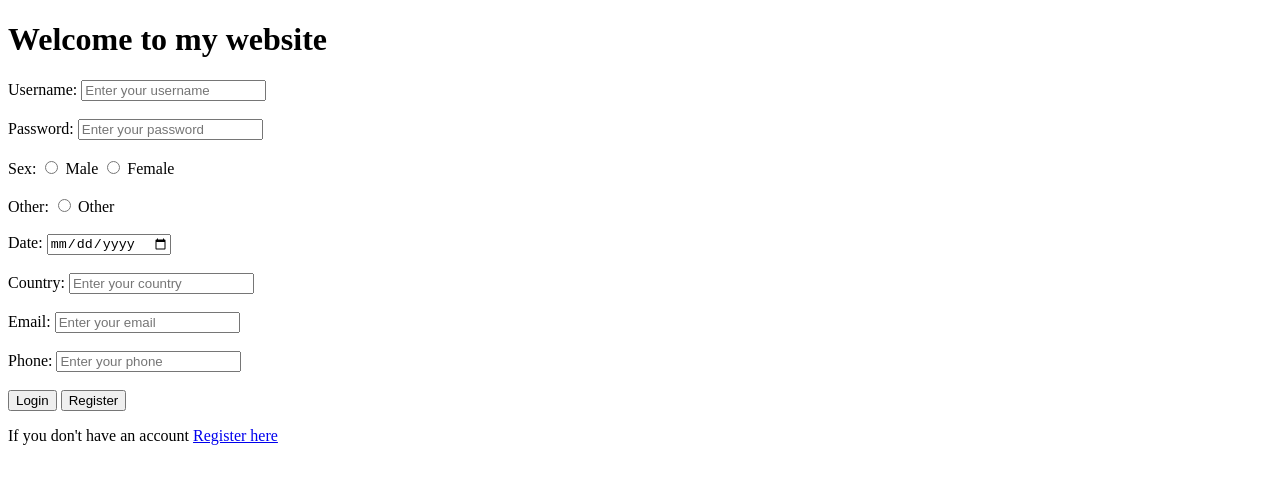
Repository: bao2222/hoc-lam-web
Page: welcome.html
These files come from the project's save history. The page is drawn as it stood at one moment and after the next save; the edit follows.
The browser window is 1280 px wide. The pictures show the whole page.

Above is the page before, as saved 2024-12-24 19:38:40.

After the next save:
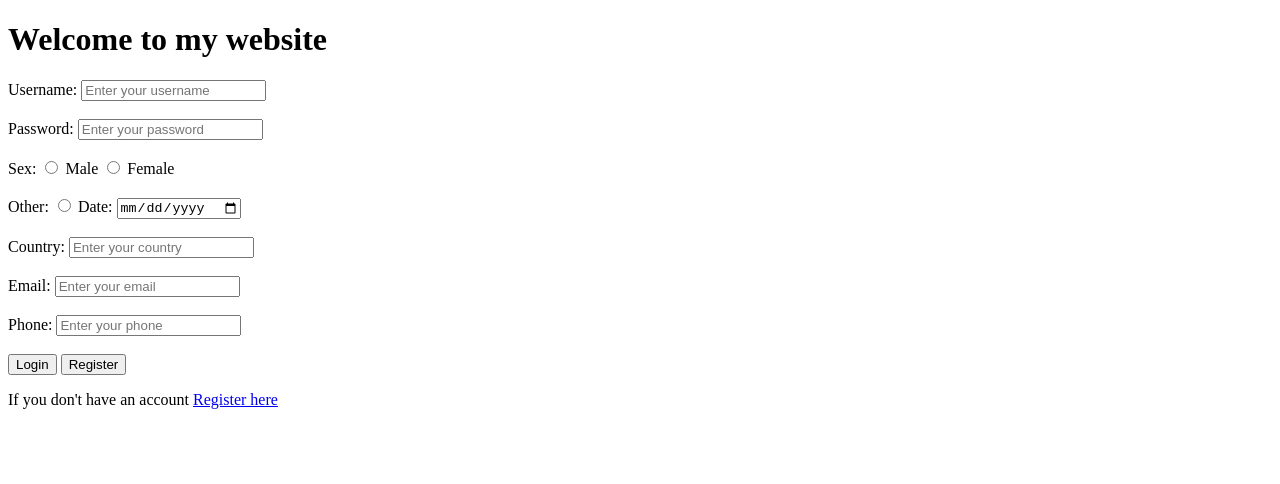
Saved 32 s later.
--- a/welcome.html
+++ b/welcome.html
@@ -29,7 +29,7 @@
                         <label for="female">Female</label><br><br>
                         <label for="other">Other:</label>
                         <input type="radio" id="other" name="sex" value="other">
-                        <label for="other">Other</label><br><br>
+
                         <label for="date">Date:</label>
                         <input type="date" id="date" name="date"><br><br>
                         <label for="country">Country:</label>
